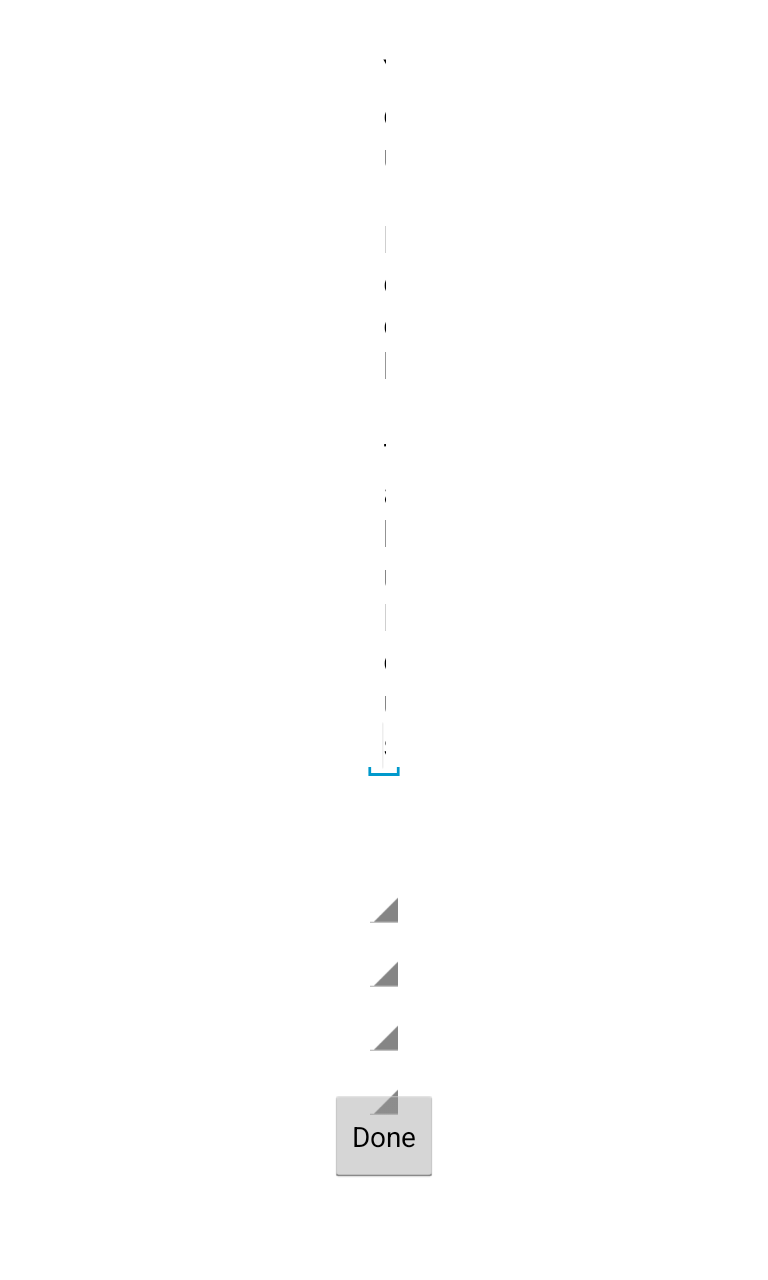
Repository: rtyanas/MyPics
Layout: workspace/MyPic/res/layout/activity_settings.xml
These files come from the project's save history. The layout is drawn as it stood at one moment and after the next save; the edit follows.
It is drawn on a 768 x 1280 px phone screen (xhdpi) without system bars, with theme AppTheme; the app's code is not run.

Above is the layout before, as saved 2013-12-16 22:43:08.

After the next save:
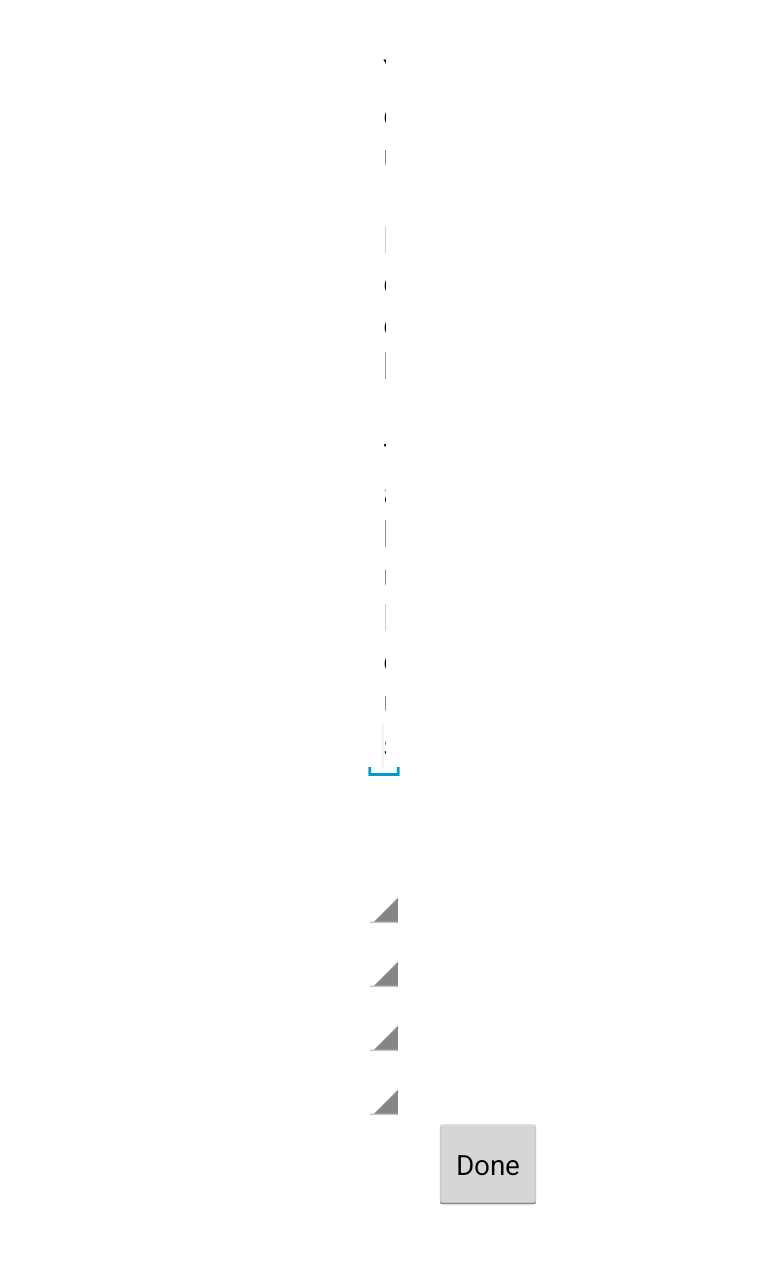
Saved 10 min 43 s later.
--- a/workspace/MyPic/res/layout/activity_settings.xml
+++ b/workspace/MyPic/res/layout/activity_settings.xml
@@ -30,16 +30,6 @@
         android:layout_alignLeft="@+id/font"
         android:layout_below="@+id/font" />
 
-    <Button
-        android:id="@+id/done"
-        style="?android:attr/buttonStyleSmall"
-        android:layout_width="wrap_content"
-        android:layout_height="wrap_content"
-        android:layout_alignParentBottom="true"
-        android:layout_centerHorizontal="true"
-        android:layout_marginBottom="32dp"
-        android:text="@string/done" />
-
     <EditText
         android:id="@+id/editText1"
         android:layout_width="wrap_content"
@@ -61,4 +51,15 @@
         android:layout_centerHorizontal="true"
         android:layout_marginTop="42dp" />
 
+    <Button
+        android:id="@+id/done"
+        style="?android:attr/buttonStyleSmall"
+        android:layout_width="wrap_content"
+        android:layout_height="wrap_content"
+        android:layout_alignLeft="@+id/rotate"
+        android:layout_alignParentBottom="true"
+        android:layout_marginBottom="18dp"
+        android:layout_marginLeft="35dp"
+        android:text="@string/done" />
+
 </RelativeLayout>
